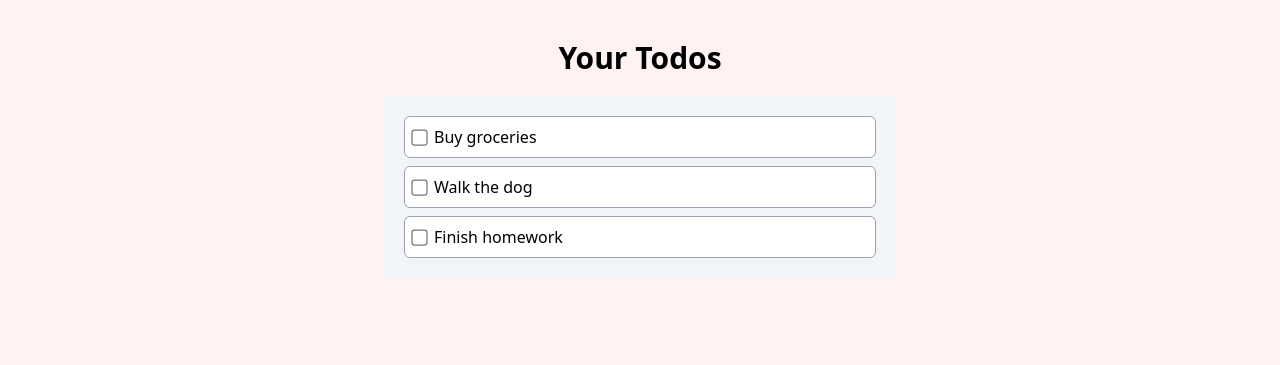
Repository: kocokoy/lodo-list-react-ts-tailwind
Page: /
The author's editor kept a copy of each file at every save. The page is drawn from the files as they stood at one save, then again after the next save.
The browser window is 1280 px wide. The pictures show the whole page.
The project was rebuilt for these pictures with package versions that can differ from the ones it lists, and the page was loaded fresh each time. Also part of the build but not shown: vite.config.ts.

Above is the page before, as saved 2025-07-29 17:34:39.

### src/App.tsx
import { useState } from "react";
import  TodoItem  from "./components/TodoItem";
import { dummyData } from "./data/todos";

function App() {
const [todos, setTodos] = useState(dummyData);

  function setTodoCompleted(id: number, completed: boolean) {
    setTodos((prevTodos) => prevTodos.map(todo => (todo.id === id ? {...todo, completed} : todo)))
  }

  return (
   <main className="py-10 bg-red-50 h-screen space-y-5">
     <h1 className="font-bold text-3xl text-center">
      Your Todos
     </h1>
       <div className="max-w-lg mx-auto bg-slate-100 rounded p-5">
        <div className="space-y-2">
          {todos.map(todo => (
            <TodoItem
            key={todo.id}
            todo={todo}
            onCompletedChange={setTodoCompleted} />
          ))}
        </div>
       </div>
    </main>
  )
}

export default App

### src/components/TodoItem.tsx
import type { Todo } from "../types/todo";

interface TodoItemProps {
  todo: Todo;
  onCompletedChange: (id: number, completed: boolean) => void;
}

export default function TodoItem({todo, onCompletedChange}: TodoItemProps){
  return(
    <div>
      <label className="flex items-center gap-2 border rounded-md p-2 border-gray-400 bg-white hover:bg-slate-50">
        <input
        type="checkbox"
        checked={todo.completed}
        onChange={(e) => onCompletedChange(todo.id, e.target.checked)}
        className="scale-125"
        />
        <span className={todo.completed ? "line-through text-gray-400" : ""}>
          {todo.title}
        </span>
      </label>
    </div>
  )
}

### src/data/todos.ts
import type { Todo } from '../types/todo'

export const dummyData: Todo[] = [
  {
    id: 1,
    title: "Buy groceries",
    completed: false
  },
  {
    id: 2,
    title: "Walk the dog",
    completed: false
  },
  {
    id: 3,
    title: "Finish homework",
    completed: false
  }
]

### src/components/AddTodoForm.tsx
export default function AddTodoForm() {
  return(
    <form>
      <input type="text" />
    </form>
  )
}

Loaded but not shown: index.html (common file); src/main.tsx (common file); src/index.css (common file); tailwind.config.js (common file)

After the next save:
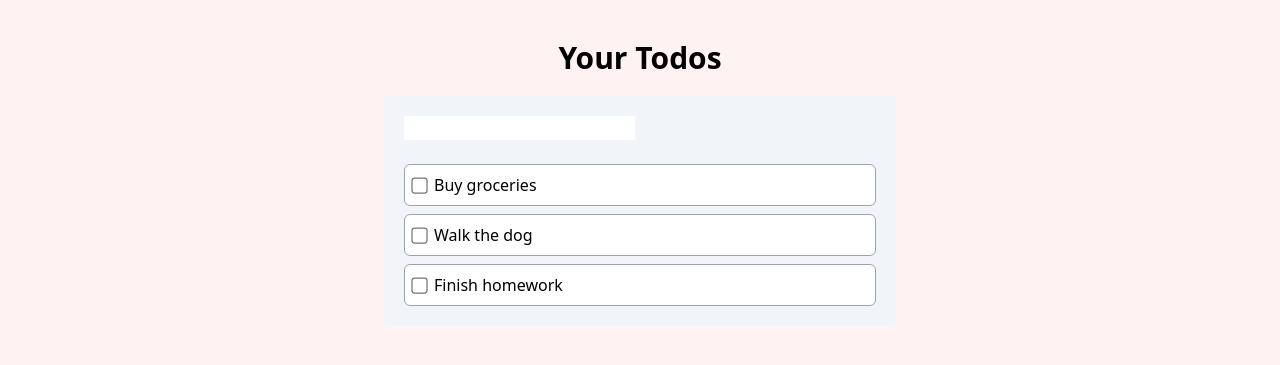
Saved 28 s later.
--- a/src/App.tsx
+++ b/src/App.tsx
@@ -1,6 +1,7 @@
 import { useState } from "react";
 import  TodoItem  from "./components/TodoItem";
 import { dummyData } from "./data/todos";
+import AddTodoForm from "./components/AddTodoForm";
 
 function App() {
 const [todos, setTodos] = useState(dummyData);
@@ -14,7 +15,8 @@ const [todos, setTodos] = useState(dummyData);
      <h1 className="font-bold text-3xl text-center">
       Your Todos
      </h1>
-       <div className="max-w-lg mx-auto bg-slate-100 rounded p-5">
+       <div className="max-w-lg mx-auto bg-slate-100 rounded p-5 space-y-6">
+        <AddTodoForm />
         <div className="space-y-2">
           {todos.map(todo => (
             <TodoItem
